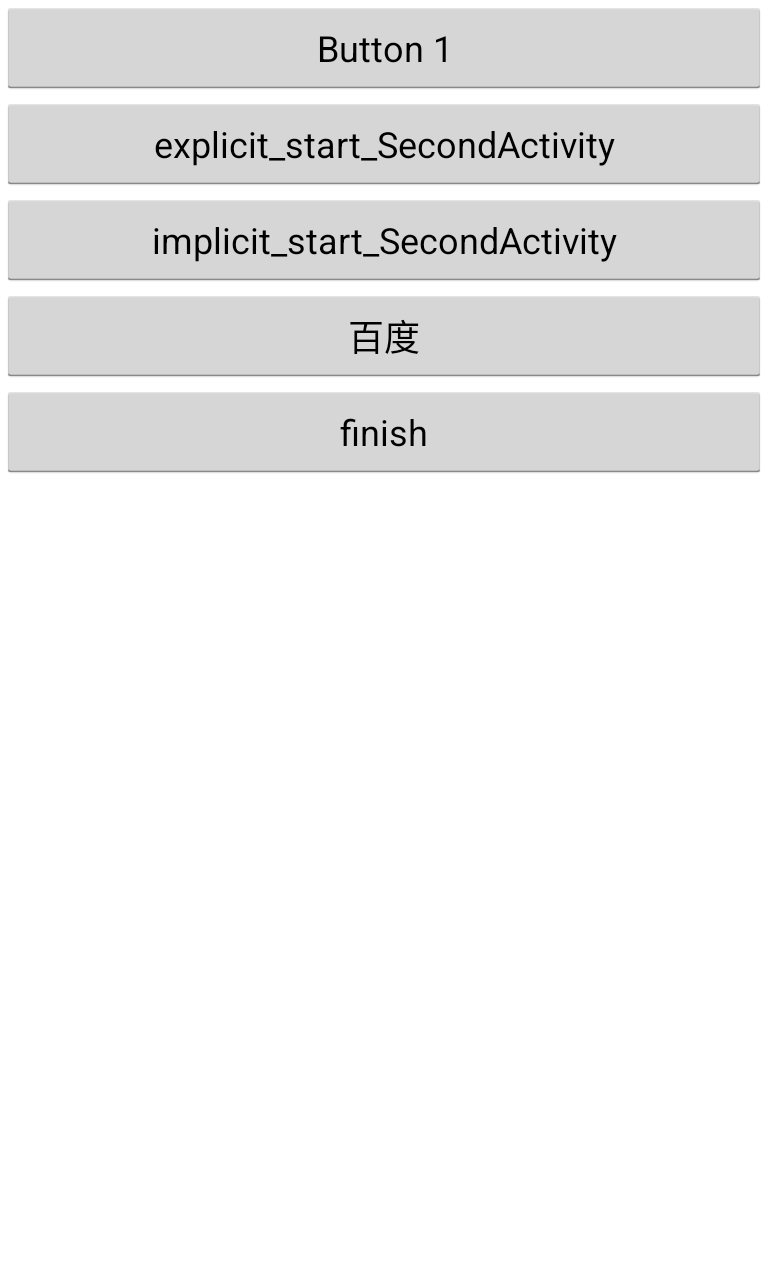
Repository: hohoTT/Android_summarize
Layout: ActivityTest/res/layout/first_layout.xml
An editor plug-in stored every save of this project. The layout is shown before and after the next save, followed by the edit.
It is drawn on a 768 x 1280 px phone screen (xhdpi) without system bars, with theme AppTheme; the app's code is not run.

Above is the layout before, as saved 2016-02-22 04:27:54.

After the next save:
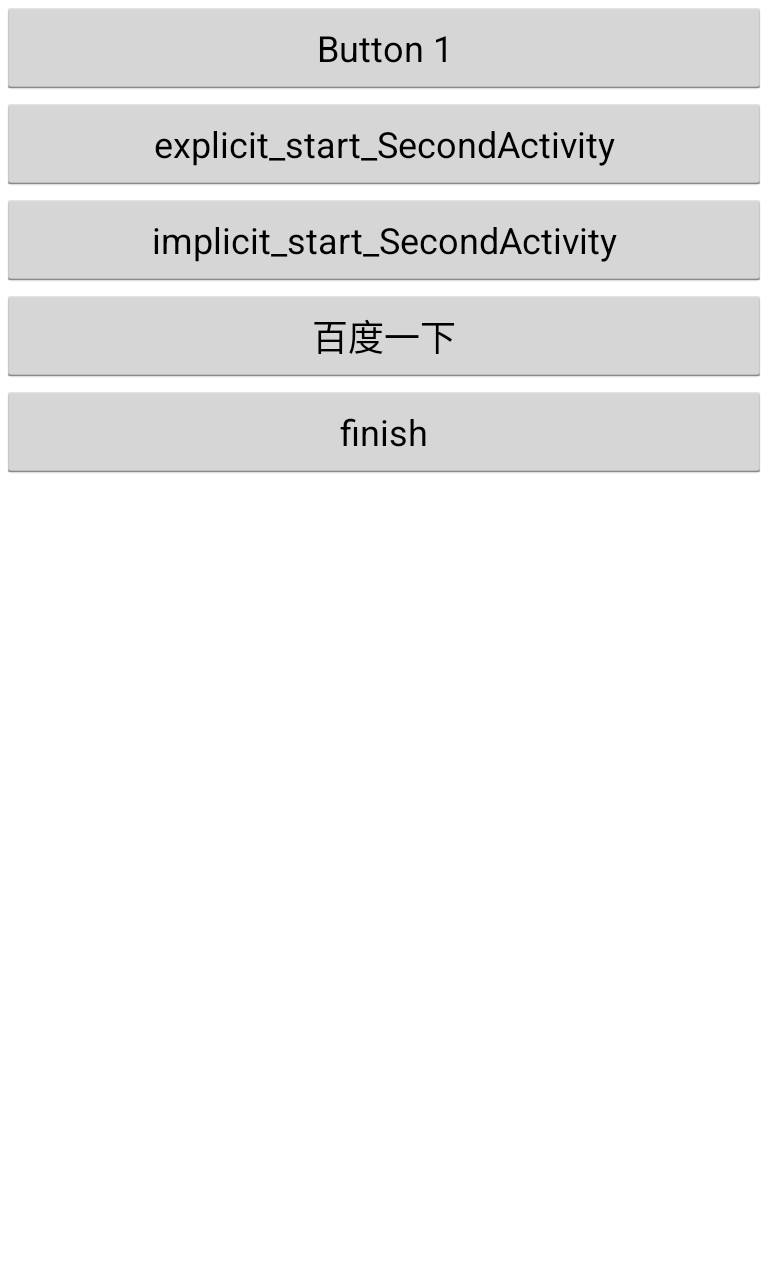
Saved 5 s later.
--- a/ActivityTest/res/layout/first_layout.xml
+++ b/ActivityTest/res/layout/first_layout.xml
@@ -26,7 +26,7 @@
         android:id="@+id/button_baidu"
         android:layout_width="match_parent"
         android:layout_height="wrap_content"
-        android:text="百度" />
+        android:text="百度一下" />
 
     <Button
         android:id="@+id/button_finish"
